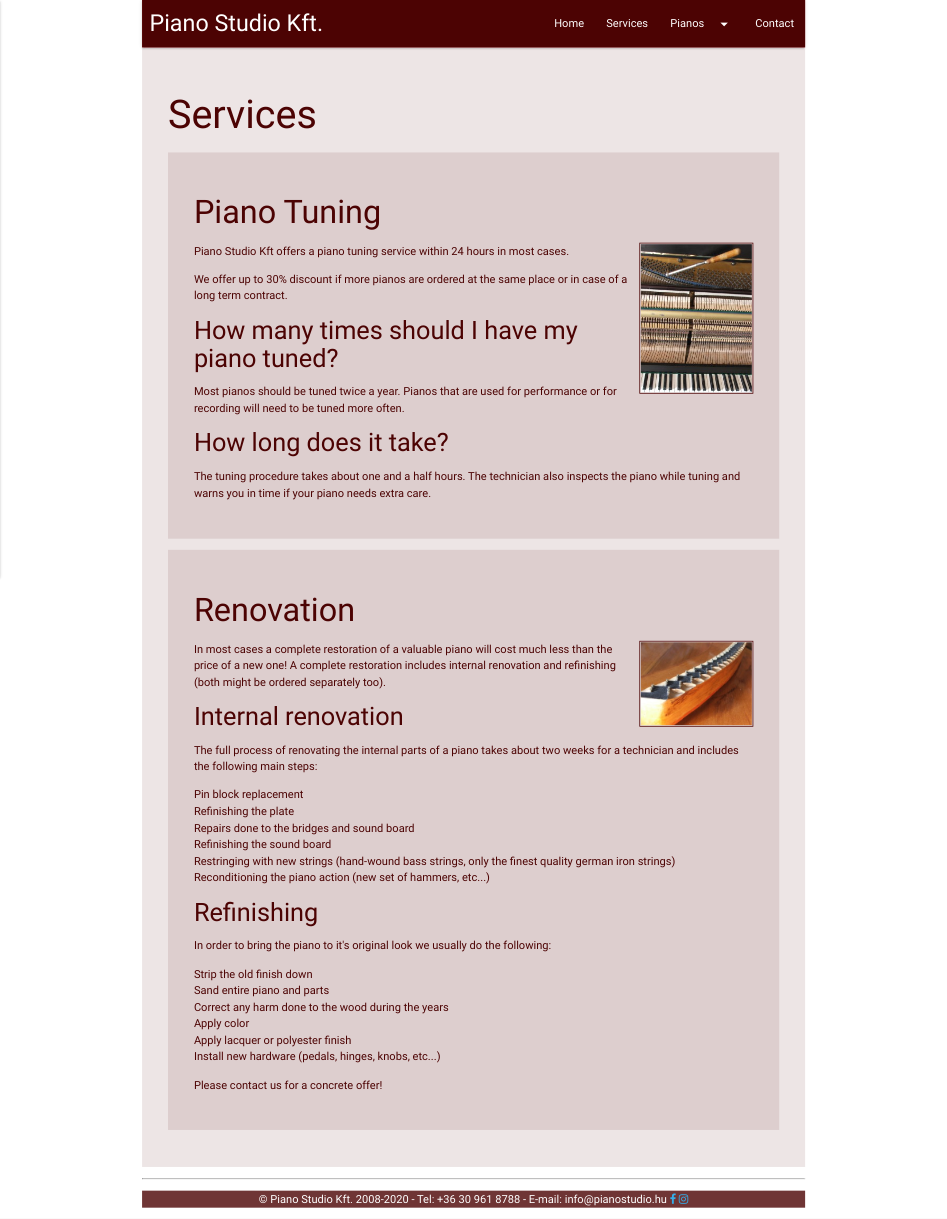
Repository: badiattila/pianostudioheroku
Page: http://localhost/services
The author's editor kept a record of every edit. The page is drawn from the files as they stood at one moment, then again after the next edit.
The browser window is 1280 px wide. The pictures show the whole page, at 74% of full size.
Some web libraries are served in a nearby version. The page is served by the project's application, run on Flask 3 (app.py).

Above is the page before.

### templates/services.html
{% extends 'base.html' %} {% block content %}

<!-- Services -->
<div class="op" id="services">
    <h2>Services</h2>
    <p></p>

    <div>
        <div class="op" id="tuning">
            <h3>Piano Tuning</h3>
            <img class="right-teaser" src="{{url_for('static', filename='pictures/hangolas.jpg')}}" alt="Piano Tuning" />
            <p>Piano Studio Kft offers a piano tuning service within 24 hours in most cases.</p>

            <p>We offer up to 30% discount if more pianos are ordered at the same place or in case of a long term contract.</p>

            <h4>How many times should I have my piano tuned?</h4>
            <p>Most pianos should be tuned twice a year. Pianos that are used for performance or for recording will need to be tuned more often.</p>

            <h4>How long does it take?</h4>
            <p>The tuning procedure takes about one and a half hours. The technician also inspects the piano while tuning and warns you in time if your piano needs extra care.</p>
        </div>
        <div class="op" id="renovation">
            <h3>Renovation</h3>
            <img class="right-teaser" src="{{url_for('static', filename='pictures/st.jpg')}}" alt="Piano Pins" />
            <p>In most cases a complete restoration of a valuable piano will cost much less than the price of a new one! A complete restoration includes internal renovation and refinishing (both might be ordered separately too).</p>

            <h4>Internal renovation</h4>
            <p>The full process of renovating the internal parts of a piano takes about two weeks for a technician and includes the following main steps:</p>
            <ul>
                <li>Pin block replacement</li>
                <li>Refinishing the plate</li>
                <li>Repairs done to the bridges and sound board</li>
                <li>Refinishing the sound board</li>
                <li>Restringing with new strings (hand-wound bass strings, only the finest quality german iron strings)</li>
                <li>Reconditioning the piano action (new set of hammers, etc...)</li>
            </ul>
            <h4>Refinishing</h4>
            <p>In order to bring the piano to it's original look we usually do the following:</p>
            <ul>
                <li>Strip the old finish down</li>
                <li>Sand entire piano and parts</li>
                <li>Correct any harm done to the wood during the years</li>
                <li>Apply color</li>
                <li>Apply lacquer or polyester finish</li>
                <li>Install new hardware (pedals, hinges, knobs, etc...)</li>
            </ul>
            <p>Please contact us for a concrete offer!</p>
        </div>
    </div>
</div>
<hr> {% endblock %}

### templates/base.html
<!DOCTYPE html>

<html lang="en">

<head>

    <!-- Meta tags -->
    <meta charset="utf-8">
    <!-- Font awsome -->
    <link rel="stylesheet" href="https://maxcdn.bootstrapcdn.com/font-awesome/4.7.0/css/font-awesome.min.css" type="text/css" />
    <!-- Hover -->
    <link rel="stylesheet" href="https://cdnjs.cloudflare.com/ajax/libs/hover.css/2.1.1/css/hover-min.css" type="text/css" />
    <!-- Material icons by Google -->
    <link href="https://fonts.googleapis.com/icon?family=Material+Icons" rel="stylesheet">
    <!-- Compiled and minified materialize CSS -->
    <link rel="stylesheet" href="https://cdnjs.cloudflare.com/ajax/libs/materialize/0.100.2/css/materialize.min.css">
    <!-- Specific Css for this website -->
    <link rel="stylesheet" href="{{url_for('static', filename='css/style.css')}}" type="text/css" />

    <title>Piano Studio Kft. - Services - </title>
    <link href="{{url_for('static', filename='pictures/favicon.ico')}}" rel="shortcut icon" type="image/x-icon" />
    <meta name="description" content="Piano rental, tuning and repair - Piano Studio Kft." />
    <meta name="keywords" content="Piano rental,piano tuning,piano repair,piano studio" />
    <meta name="copyright" content="Piano Studio Kft." />
    <meta name="author" content="Attila Badi/Piano Studio Kft." />
    <meta name="email" content="info@pianostudio.hu" /> {% block head %} {% endblock %}


</head>

<body>
    <div class="container">
        <header>
            <ul id="dropdown2" class="dropdown-content">
                <li><a href="{{url_for('pianos_for_sale')}}">Sale</a></li>
                <li><a href="{{url_for('createadd')}}">Create Add</a></li>
            </ul>
            <nav>
                <div class="nav-wrapper redbg">
                    <a href="{{url_for('index')}}" class="brand-logo">Piano Studio Kft.</a>
                    <a href="#" data-activates="mobile-demo" class="button-collapse"><i class="material-icons">menu</i></a>
                    <ul id="nav-mobile" class="right hide-on-med-and-down">
                        <li><a href="{{url_for('index')}}">Home</a></li>
                        <li><a href="{{url_for('services')}}">Services</a></li>
                        <!-- Dropdown Trigger -->
                        <li><a class="dropdown-trigger" href="#!" data-target="dropdown2">Pianos<i class="material-icons right">arrow_drop_down</i></a></li>

                        <li><a href="{{url_for('contact')}}">Contact</a></li>
                    </ul>
                    <ul class="side-nav" id="mobile-demo">
                        <li><a href="{{url_for('index')}}">Home</a></li>
                        <li><a href="{{url_for('services')}}">Services</a></li>
                        <li><a href="{{url_for('pianos_for_sale')}}">Sale</a></li>
                        <li><a href="{{url_for('createadd')}}">Create Add</a></li>
                        <li><a href="{{url_for('contact')}}">Contact</a></li>
                    </ul>
                </div>
            </nav>

        </header>
        {% block content %} {% endblock %}

        <footer class="footer redbg">
            <p>&copy; Piano Studio Kft. 2008-2020 - Tel: +36 30 961 8788 - E-mail: info@pianostudio.hu
                <a target="_blank" href="https://www.facebook.com/zongoraterem"><i class="fa fa-facebook" aria-hidden="true"></i></a>
                <a target="_blank" href="https://www.instagram.com/pianostudiokft"><i class="fa fa-instagram" aria-hidden="true"></i></a>
            </p>
        </footer>
    </div>

    <script src="https://code.jquery.com/jquery-3.4.1.min.js" integrity="sha256-CSXorXvZcTkaix6Yvo6HppcZGetbYMGWSFlBw8HfCJo=" crossorigin="anonymous"></script>
    <script src="https://cdnjs.cloudflare.com/ajax/libs/materialize/0.100.2/js/materialize.min.js"></script>

    <script>
        $(document).ready(function() {
            $('.modal').modal();
            $('.dropdown-trigger').dropdown();
            $('.collapsible').collapsible();
            $('select').material_select();
            $('.button-collapse').sideNav();
        });
    </script>

</body>

</html>

### app.py
import os
from flask import Flask, render_template, redirect, request, url_for
from flask_pymongo import PyMongo
from bson.objectid import ObjectId
from flask_mail import Mail, Message

app = Flask(__name__)

app.config["MONGO_DBNAME"] = 'piano_studio'
app.config["MONGO_URI"] = 'mongodb://attilabadi:K00nK00n1234@mycodeinstitutecluster-shard-00-00-wpsfr.mongodb.net:27017,mycodeinstitutecluster-shard-00-01-wpsfr.mongodb.net:27017,mycodeinstitutecluster-shard-00-02-wpsfr.mongodb.net:27017/piano_studio?ssl=true&replicaSet=MyCodeInstituteCluster-shard-0&authSource=admin&retryWrites=true&w=majority'
mongo = PyMongo(app)

app.config.update(
	DEBUG=True,
	#EMAIL SETTINGS
	MAIL_SERVER='mail.pianostudio.hu',
	MAIL_PORT=465,
	MAIL_USE_SSL=True,
	MAIL_USERNAME = 'contact@pianostudio.hu',
	MAIL_PASSWORD = os.environ.get('SMTPPW')
	)
mail = Mail(app)

@app.route('/')
@app.route('/index')
def index():
        return render_template("index.html")

@app.route('/contact')
def contact():
        return render_template("contact.html")

@app.route('/services')
def services():
        return render_template("services.html")

@app.route('/pianos_for_sale')
def pianos_for_sale():
        return render_template("pianos_for_sale.html", pianos=mongo.db.pianos_4_sale.find(), images=mongo.db.pianos_4_sale.find())

@app.route('/createadd')
def createadd():
        return render_template("create_add.html")

@app.route('/insert_add', methods=['POST'])
def insert_add():
        file_id = mongo.save_file(request.files['picture'].filename, request.files['picture'])
        mongo.db.pianos_4_sale.insert({
            'brand': request.form.get('brand') ,
            'description' : request.form.get('description') ,
            'age' : request.form.get('age') ,
            'price' : request.form.get('price') ,
            'file_name' : request.files['picture'].filename})
        return redirect(url_for('pianos_for_sale'))

@app.route('/file/<file_name>')
def file(file_name):
    return mongo.send_file(file_name)

@app.route('/delete_piano/<piano_id>')
def delete_piano(piano_id):
    mongo.db.pianos_4_sale.remove({'_id': ObjectId(piano_id)})
    return redirect(url_for('pianos_for_sale'))

@app.route('/edit_piano/<piano_id>')
def edit_piano(piano_id):
    return render_template('edit_piano.html', piano=mongo.db.pianos_4_sale.find_one({"_id": ObjectId(piano_id)}))


@app.route('/update_piano/<piano_id>', methods=['POST'])
def update_piano(piano_id):
    file_id = mongo.save_file(request.files['picture'].filename, request.files['picture'])
    mongo.db.pianos_4_sale.update( {'_id': ObjectId(piano_id)},
    {
            'brand': request.form.get('brand') ,
            'description' : request.form.get('description') ,
            'age' : request.form.get('age') ,
            'price' : request.form.get('price') ,
            'file_name' : request.files['picture'].filename
    })
    return redirect(url_for('pianos_for_sale'))

@app.route('/send_mail/', methods=['POST'])
def send_mail():
	try:
		msg = Message("Contact form mail from pianostudio",
		  sender=request.form.get('user_email'),
		  recipients=["attila.badi@gmail.com"])
		msg.body = request.form.get('message')
		mail.send(msg)
		return 'Mail sent!'
	except:
		return "Something went wrong"

if __name__ == '__main__':
    app.run(host=os.environ.get('IP'),
        port=int(os.environ.get('PORT')),
        debug=True)

### static/css/style.css
.left {
  float: left;
}

.right {
  float: right;
}

/* Picture formatting for gallery and teaser pictures */

.right-teaser {
  padding: 1px;
  border: 1px solid #4c0303;
  float: right;
  margin: 0 0 1em 1em;
  width: 12vw;
}

.galery-pic {
  padding: 1px;
  border: 1px solid #4c0303;
  margin: 0 0 1em 1em;
  width: 12vw;
}

.btn_small {
  height: 24px;
  width: 60px;
  line-height: 24px;
  margin: 5px 5px;
  padding: 0 0.5em;
}

.btn_mid {
  height: 24px;
  width: 120px;
  line-height: 24px;
  margin: 5px 5px;
  padding: 0 0.5em;
}

.footer {
  color: white;
  opacity: 0.8;
  filter: alpha(opacity=80);
  text-align: center;
}

.redbg {
  background-color: #4c0303;
}

.nav-wrapper {
  padding-left: 10px;
}

/* Opacity classes for different elements */

.op {
  background: rgba(76, 3, 3, 0.1);
  /*background with 30% opacity */
  color: rgba(76, 3, 3);
  padding: 35px;
  margin-bottom: 15px;
}

.dropdown-content {
  width: max-content !important;
  height: auto !important;
}

/* ID based background behaviour */
#intro {
    background-attachment: scroll;
    background-image: url('../pictures/4k-wallpaper-close-up-fingers-1246437.jpg');
    background-position: center;
    background-size: cover;
    width: 100vw;
    background-repeat: no-repeat;
    position: relative;
}

After the next edit:
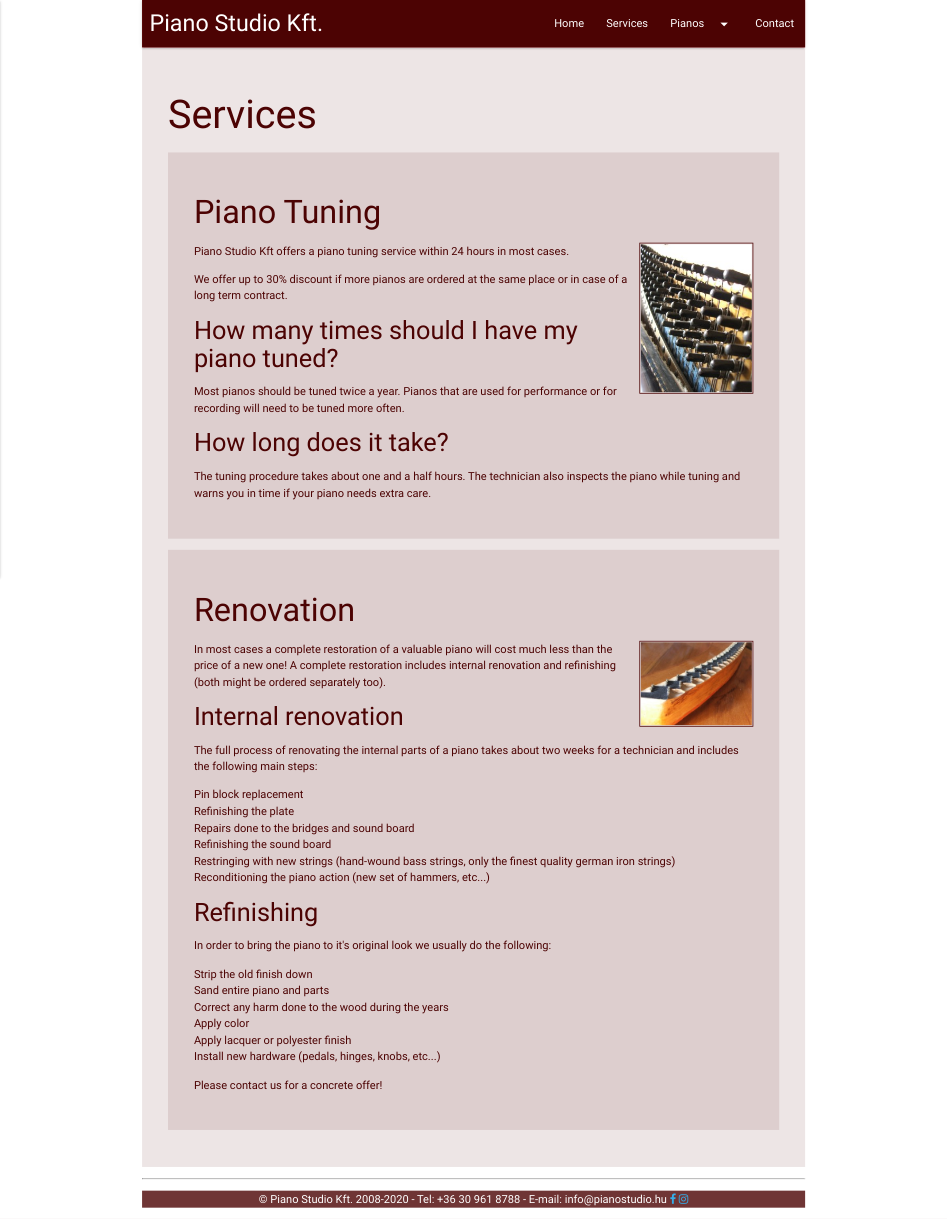
The edit:
--- a/templates/services.html
+++ b/templates/services.html
@@ -8,7 +8,7 @@
     <div>
         <div class="op" id="tuning">
             <h3>Piano Tuning</h3>
-            <img class="right-teaser" src="{{url_for('static', filename='pictures/hangolas.jpg')}}" alt="Piano Tuning" />
+            <img class="right-teaser" src="{{url_for('static', filename='pictures/pins.jpg')}}" alt="Piano Tuning" />
             <p>Piano Studio Kft offers a piano tuning service within 24 hours in most cases.</p>
 
             <p>We offer up to 30% discount if more pianos are ordered at the same place or in case of a long term contract.</p>
